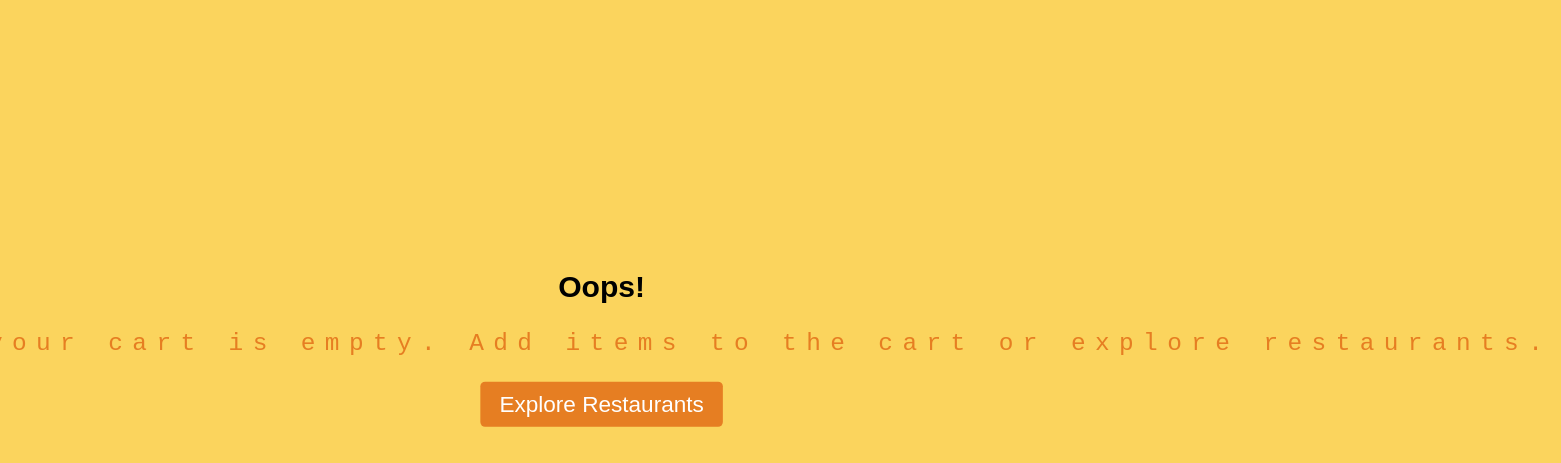
Repository: SWATHIBHUMA/FoodDelivaryApp
Page: http://localhost/FoodDelivaryApp/errorPage.jsp
These files come from the project's save history. The page is drawn as it stood at one moment and after the next save; the edit follows.
The browser window is 1280 px wide. The page is 1661 px wide, then 1637 px, so the pictures cover 1661 px, including what lies to the right of the window. The pictures show the whole page, at 94% of full size.
The page is served by Tomcat 9.

Above is the page before, as saved 2024-01-14 12:11:28.

After the next save:
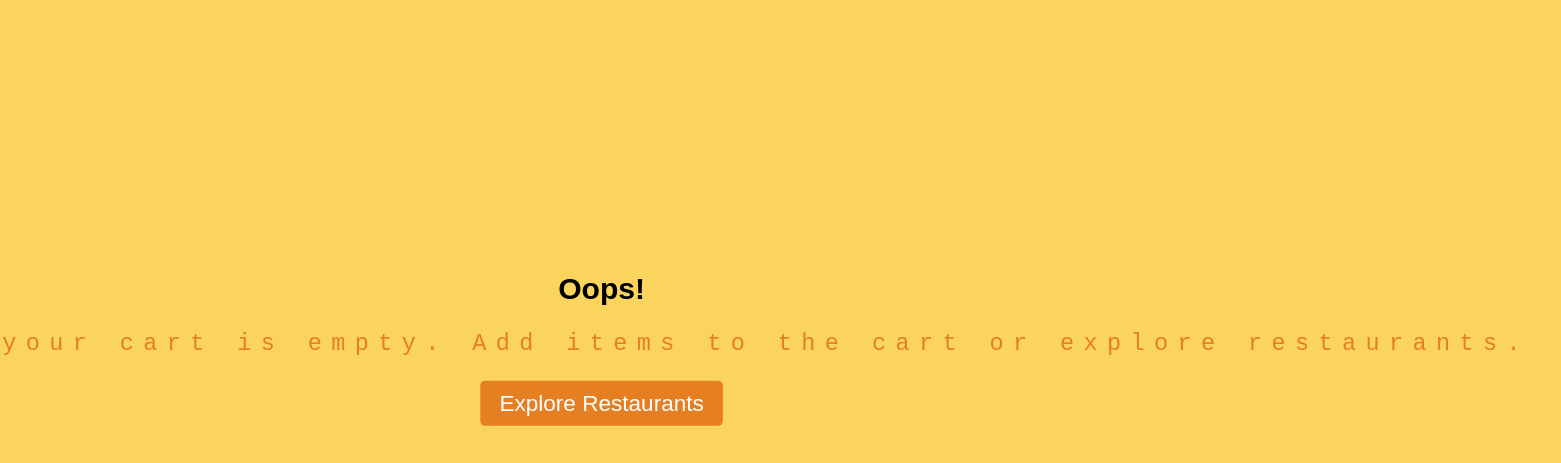
Saved 19 s later.
--- a/FoodDelivaryApp/src/main/webapp/errorPage.jsp
+++ b/FoodDelivaryApp/src/main/webapp/errorPage.jsp
@@ -24,7 +24,7 @@
 		}
 
 		.text{
-			font-size: 2em;
+			font-size: 25px;
 			letter-spacing: 10px;
 			font-family: monospace;
 			border-right: 5px solid;
